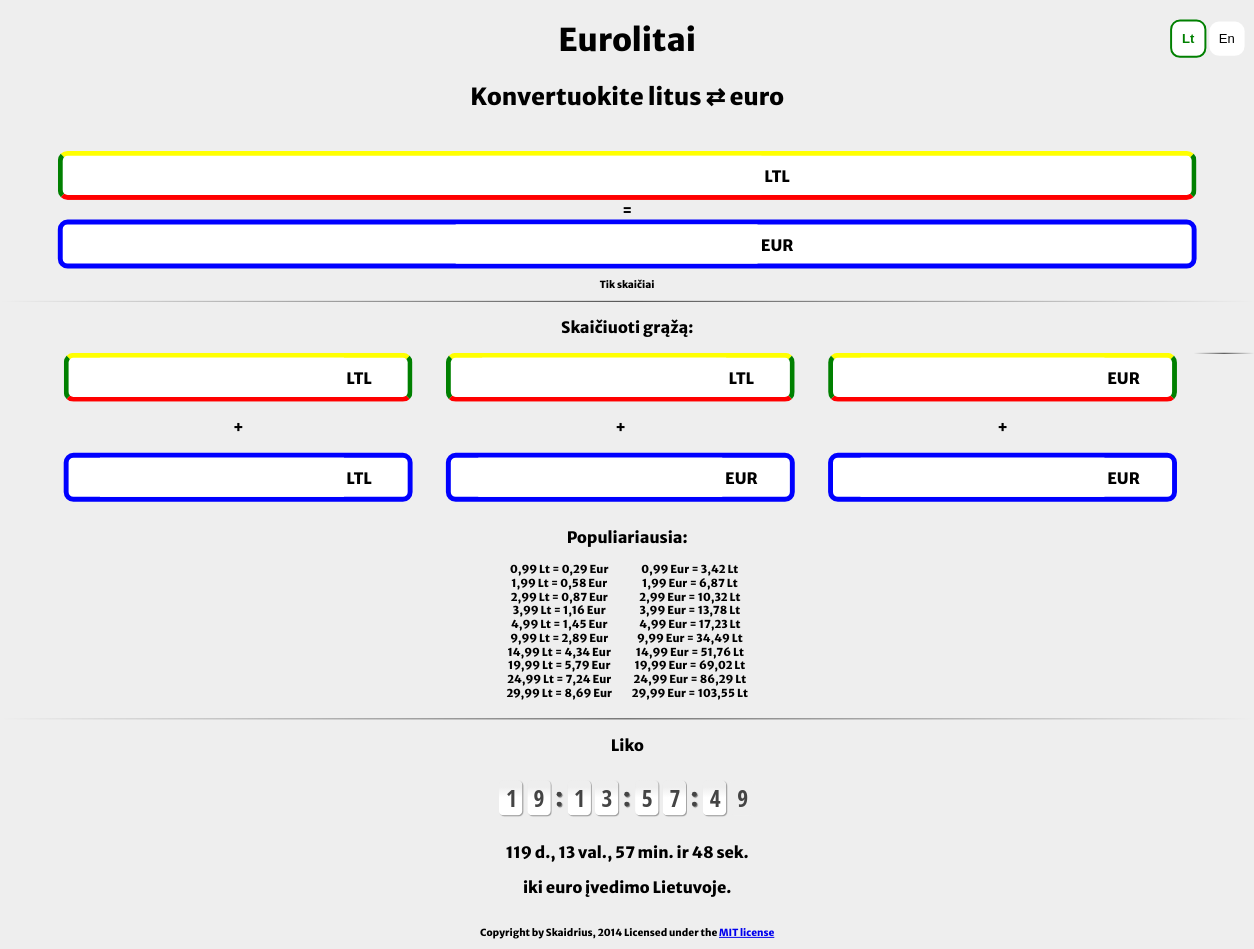
Repository: Skaidrius/eurolitai
Page: index.html
The author's editor kept a record of every edit. The page is drawn from the files as they stood at one moment, then again after the next edit.
The browser window is 1280 px wide. The pictures show the whole page, at 98% of full size.
Some web libraries are served in a nearby version.

Above is the page before.

### index.html
<!DOCTYPE html>
<html>
  <head>
    <meta charset="utf-8">
    <meta http-equiv="X-UA-Compatible" content="IE=edge,chrome=1">
    <title>Eurolitai</title>
    <meta name="title" content="Eurolitai">
    <meta name="description" content="litų į/iš euro konverteris convert LTL to/from EUR">
    <meta name="viewport" content="width=device-width" scallable="1">
    <link rel="stylesheet" type="text/css" href="style/style.css">

  </head>
  <body class="body">
    <!--calculate LTL <> Eur-->
    <div>
      <h1 class="center">Eurolitai</h1>
        <div class = "languages ">
          <button id="lithuanian" class="button round">Lt</button>
          <button id="english" class="button round">En</button>
        </div>
      <h2 class="center"><span class="lithuanian">Konvertuokite litus &#8644; euro<br> </span><span class="english">Easy convert LTL &#8644; EUR</span></h2><br>
    </div>
    <form class="form center">
      <!--LT box-->
      <div class="box lt round">
        <input class="input center" type="number" id="lt" name="lt">
        <label class="money" for="lt">LTL</label>
      </div>

      <div>&#61;<div>
      <!--En box-->
      <div class="box eur round">
        <input class="input center" type="number" id="eur" name="eur">
        <label class="money" for="eur">EUR</label>
      </div>

      <div id="error" class="alert">
        <p><span class="lithuanian">Tik skaičiai </span><span class="english"> Only numbers</span></p>
      </div>
    </form>
    <hr>
    <!--calculate change-->
    <div class="change">
      <div>
        <p><span class="lithuanian">Skaičiuoti grąžą: </span><span class="english"> Calculate change:</span></p>
        <div id="changeCalculator">
          <div class="third">
            <div class="box lt round">
              <input class="input center" type="number" id="changeLtLt1" name="lt">
              <label class="money" for="lt">LTL</label>
            </div>
            <p>+</p>
            <div class="box eur round">
              <input class="input center" type="number" id="changeLtLt2" name="lt">
              <label class="money" for="lt">LTL</label>
            </div>
          </div>
          <div class="third">
            <div class="box lt round">
              <input class="input center" type="number" id="changeLt" name="lt">
              <label class="money" for="lt">LTL</label>
            </div>
            <p>+</p>
            <div class="box eur round">
              <input class="input center" type="number" id="changeEur" name="eur">
              <label class="money" for="eur">EUR</label>
            </div>
          </div>
          <div class="third">
            <div class="box lt round">
              <input class="input center" type="number" id="changeEurEur1" name="eur">
              <label class="money" for="eur">EUR</label>
            </div>
            <p>+</p>
            <div class="box eur round">
              <input class="input center" type="number" id="changeEurEur2" name="eur">
              <label class="money" for="eur">EUR</label>
            </div>
          </div>
        </div>
      </div>

      <!--explain change-->
      <div id="explain">
      </div>
    </div>
    <hr>

    <div class="popular">
      <p><span class="lithuanian">Populiariausia: </span><span class="english"> Popular picks:</span></p>
      <ul class = "lteur"></ul>
      <ul class = "eurlt"></ul>
    </div>
    <hr>

    <!--countdown 'till 2015-01-01-->
    <div class = "center">
      <p><span class="english center">Until Euro in Lithuania </span>
      <span class="lithuanian center">Liko </span></p>
    </div>
		<div id="countdown"></div>

		<p id="note"></p>

      <div class="left">
        <span class="lithuanian center">iki euro įvedimo Lietuvoje.</span>
        <span class="english center">left.</span>
      </div>
    <script type="text/javascript" src="https://code.jquery.com/jquery-1.11.1.min.js"></script>
    <script type="text/javascript" src="script/main.js"></script>
    <script type="text/javascript" src="script/script.js"></script>
    <script type="text/javascript" src="script/countdown.js"></script>
  </body>
  <footer class="down center">Copyright by Skaidrius, 2014 Licensed under the <a href="http://opensource.org/licenses/MIT">MIT license</a></footer>
</html>

### style/style.css
@import url(http://fonts.googleapis.com/css?family=Merriweather+Sans:400,800&subset=latin,latin-ext);

/*body*/
.body {
  width:100%;
  margin: 0 auto;
  font: bold 16px 'Merriweather Sans', sans-serif;
  background: #eee;
  overflow-x: none;
}

#countDownBlock {
  padding: 10px;
}

.button {   padding: 10px;
  background: white;
  border: 3px #000;
}

.center {
  text-align: center;
  clear: both;
}

.box {
  text-align: center;
  background: white;
  margin: 0 auto;
  position: relative;
  max-width: 90%;
}

.input {
  display: inline-block;
  max-width: 65%;
  padding: 8px 12px;
  margin: 0;
  font-size: 1.3em;
  font-weight: bold;
  border: 0;
  position: relative;
  outline: 0;
  color: #53f;
}

.round {   border-radius: 10px; }

.active {
  border: 2px solid green;
  background: white;
  color: green;
  font-weight: bold;
}

.lt {
  border-top: 5px solid yellow;
  border-left: 5px solid green;
  border-right: 5px solid green;
  border-bottom: 5px solid red;
}

.eur {
  border: 5px solid blue;
  margin-bottom: 10px;
}

.money {
  padding-right: 5px;
}

.input::-webkit-outer-spin-button,
.input::-webkit-inner-spin-button {
    /* display: none; <- Crashes Chrome on hover */
    -webkit-appearance: none;
    margin: 0; /* <-- Apparently some margin are still there even though it's hidden */
}

.error {
  display: inline-block;
  font-size: 1em;
  font-weight: bold;
  padding: 10px;
  margin: 0 auto;
  margin-bottom: 1em;
  color: white;
  background-color: red;
}

.visible {  visibility: visible; }

.hidden { display: none; }

.languages {
  position: absolute;
  right: 10px;
  top: 20px;
}

.alert {   font-size: 10px; }

#countdown {
  margin: 10px auto;
}

.countdownHolder{
  padding-top: 10px;
	margin:0 auto;
	font: 24px/1.5 'Open Sans Condensed',sans-serif;
	text-align:center;
	letter-spacing:-3px;
}

.position{
	display: inline-block;
	height: 1.6em;
	overflow: hidden;
	position: relative;
	width: 1.05em;
}

.digit{
	position:absolute;
	display:block;
	width:1em;
	background-color:#eee;
	border-radius:0.2em;
	text-align:center;
	color:#444;
	letter-spacing:-1px;
}

.digit.static{
	box-shadow:1px 1px 1px rgba(4, 4, 4, 0.35);

	background-image: linear-gradient(bottom, #3A3A3A 50%, #444444 50%);
	background-image: -o-linear-gradient(bottom, #3A3A3A 50%, #444444 50%);
	background-image: -moz-linear-gradient(bottom, #3A3A3A 50%, #444444 50%);
	background-image: -webkit-linear-gradient(bottom, #3A3A3A 50%, #444444 50%);
	background-image: -ms-linear-gradient(bottom, #3A3A3A 50%, #444444 50%);

	background-image: -webkit-gradient(
		linear,
		left bottom,
		left top,
		color-stop(0.8, #eee),
		color-stop(0.5, #fff)
	);
}

/**
 * You can use these classes to hide parts
 * of the countdown that you don't need.
 */

.countDiv{
	display:inline-block;
	width:16px;
	height:1.6em;
	position:relative;
}

.countDiv:before,
.countDiv:after{
	position:absolute;
	width:5px;
	height:5px;
	background-color:#444;
	border-radius:50%;
	left:50%;
	margin-left:-3px;
	top:0.5em;
	box-shadow:1px 1px 1px rgba(4, 4, 4, 0.5);
	content:'';
}

.countDiv:after{
	top:0.9em;
}

.popular {
  display: inline-block;
}

.popular ul {
  margin-top: 0;
  padding: 0 10px;
  float: left;
  font-size: 0.7em;
  font: sans-serif;
}
.popular ul li{
  list-style: none;
}

hr {
    /* http://css-tricks.com/examples/hrs/ */
    border: 0;
    height: 1px;
    background-image: -webkit-linear-gradient(left, rgba(0,0,0,0), rgba(0,0,0,0.75), rgba(0,0,0,0));
    background-image:    -moz-linear-gradient(left, rgba(0,0,0,0), rgba(0,0,0,0.75), rgba(0,0,0,0));
    background-image:     -ms-linear-gradient(left, rgba(0,0,0,0), rgba(0,0,0,0.75), rgba(0,0,0,0));
    background-image:      -o-linear-gradient(left, rgba(0,0,0,0), rgba(0,0,0,0.75), rgba(0,0,0,0));
}
#showChange {
  margin-bottom: 10px;
}


.down {
  font-size: 10px;
  padding: 30px 0 10px 0;
}

.third:first-child{
  padding-left: 4%;
}
.changeCalculator:after{
  content: '';
  display:table;
  clear: both;
}
.changeCalculator {
  width: 100%;
}
.third {
  width: 30%;
  padding: 0 3px;
  float: left;
}
.explain:before {
  clear: both;
}

### script/main.js
(function($) {

  var ltInp = $('#lt'),
      eurInp = $('#eur'),
      changeLtLt1Inp = $('#changeLtLt1'),
      changeLtLt2Inp = $('#changeLtLt2'),
      changeLtInp = $('#changeLt'),
      changeEurInp = $('#changeEur'),
      changeEurEur1Inp = $('#changeEurEur1'),
      changeEurEur2Inp = $('#changeEurEur2'),
      lithuanianInp = $("#lithuanian"),
      englishInp = $("#english"),
      error = $('#error');

  // initialisation
  $(".english").addClass("hidden");
  lithuanianInp.addClass("active");

  //change language
  lithuanianInp.click(function(){
    $(this).addClass("active");
    englishInp.removeClass("active");
    $(".english").hide();
    $(".lithuanian").show();
  });
  englishInp.click(function(){
    $(this).addClass("active");
    lithuanianInp.removeClass("active");
    $(".lithuanian").hide();
    $(".english").show();
  });

  var show = function(){
    $(this).removeClass("hidden").addClass("visible");
  };

  var hide = function(){
    $(this).removeClass("visible").addClass("hidden");
  };

  // convert currency functions
  var toEur = function(lt){
    var eur;
    eur = (lt / 3.4528).toFixed(2);
    return eur;
  };

  var toLt = function(eur){
    var lt;
    lt = (eur * 3.4528).toFixed(2);
    return lt;
  };

  //convert currencies
  ltInp.keyup(function () {
    var lt = $(this).val(),
        eur = toEur(lt);
    if ($.isNumeric(lt)) {
      hideError();
      eurInp.val(eur).toString().replace(".", ",");
      showNumbers();
    } else {
      showError();
    }
  });

  eurInp.keyup(function () {
    var eur = $(this).val(),
        lt = toLt(eur);
    if ($.isNumeric(eur)) {
      hideError();
      ltInp.val(lt).toString().replace(".", ",");
      showNumbers();
    } else {
      showError();
    }
  });

  var hideError = function(){
    error.addClass("hidden");
    clear();
  };
  var showError = function() {
    error.removeClass("hidden").addClass("error");
  };

  //clearing functions
  var clear = function(){
    changeLtLt1Inp.val('');
    changeLtLt2Inp.val('');
    changeLtInp.val('');
    changeEurInp.val('');
    changeEurEur1Inp.val('');
    changeEurEur2Inp.val('');
  };
  var clear1 = function(){
    changeLtInp.val('');
    changeEurInp.val('');
    changeEurEur1Inp.val('');
    changeEurEur2Inp.val('');
  };
  var clear2 = function(){
    changeLtLt1Inp.val('');
    changeLtLt2Inp.val('');
    changeEurEur1Inp.val('');
    changeEurEur2Inp.val('');
  };
  var clear3 = function(){
    changeLtLt1Inp.val('');
    changeLtLt2Inp.val('');
    changeLtInp.val('');
    changeEurInp.val('');
  };

  // currency change calculator
  // first conversion LTL(EUR)=LTL+LTL
  changeLtLt1Inp.keyup(function () {
    clear1();
    var change,
        lt = $(this).val();
    change =  (ltInp.val() - lt).toFixed(2);
    changeLtLt2Inp.val(change).toString().replace(".", ",");
    showNumbers();
  });

  changeLtLt2Inp.keyup(function () {
    clear1();
    var change,
        lt = $(this).val();
    change = (ltInp.val() - lt).toFixed(2);
    changeLtLt1Inp.val(change).toString().replace(".", ",");
    showNumbers();
  });

  // second conversion LTL(EUR)=LTL+EUR
  changeLtInp.keyup(function () {
    clear2();
    var change,
        lt = $(this).val();
    change =  toEur(ltInp.val() - lt);
    changeEurInp.val(change).toString().replace(".", ",");
    showNumbers();
  });

  changeEurInp.keyup(function () {
    clear2();
    var change,
        eur = $(this).val();
    change = toLt(eurInp.val() - eur);
    changeLtInp.val(change).toString().replace(".", ",");
    showNumbers();
  });

  // third conversion LTL(EUR)=EUR+EUR
  changeEurEur1Inp.keyup(function () {
    clear3();
    var change,
        eur = $(this).val();
    change = (eurInp.val() - eur).toFixed(2);
    changeEurEur2Inp.val(change).toString().replace(".", ",");
    showNumbers();
  });

  changeEurEur2Inp.keyup(function () {
    clear3();
    var change,
        eur = $(this).val();
    change = (eurInp.val() - eur).toFixed(2);
    changeEurEur1Inp.val(change).toString().replace(".", ",");
    showNumbers();
  });

  // show calculation
  var showNumbers = function(){
    var explain = $('#explain'),
        lts = ltInp.val().toString().replace(".", ","),
        eurs = eurInp.val().toString().replace(".", ","),
        changeLtLt1 = changeLtLt1Inp.val().toString().replace(".", ","),
        changeLtLt2 = changeLtLt2Inp.val().toString().replace(".", ","),
        changeEurs = changeEurInp.val().toString().replace(".", ","),
        changeLts = changeLtInp.val().toString().replace(".", ","),
        changeEurEur1 = changeEurEur1Inp.val().toString().replace(".", ","),
        changeEurEur2 = changeEurEur2Inp.val().toString().replace(".", ","),
        calculationText;
    if (changeLtLt1 !=="" && changeLtLt2 !=="") {
      calculationText = "<p>" + lts +" Lt (" + eurs + " Eur) = " + changeLtLt1 +" Lt + " + changeLtLt2 + " Lt" + "</p>";
    } else if (changeEurs !=="" && changeLts !=="") {
      calculationText = "<p>" + lts +" Lt (" + eurs + " Eur) = " + changeLts +" Lt + " + changeEurs + " Eur" + "</p>";
    } else if (changeEurEur1 !=="" && changeEurEur2!=="" ) {
      calculationText = "<p>" + lts +" Lt (" + eurs + " Eur) = " + changeEurEur1 +" Eur + " + changeEurEur2 + " Eur" + "</p>";
    } else {
      calculationText = "<p>" + lts +" Lt (" + eurs + " Eur) " + "</p>";
    }
    explain.html(calculationText);
  };

  var a = [0.99, 1.99, 2.99, 3.99, 4.99, 9.99, 14.99, 19.99, 24.99, 29.99],
    lteur = $('.lteur'),
    eurlt = $('.eurlt');

  for (var i = 0, b = a.length; i < b; i++ ) {
    lteur.append("<li>"+a[i].toString().replace(".", ",") +" Lt = "+(a[i]/ 3.4528).toFixed(2).toString().replace(".", ",") +" Eur"+"</li>");
    eurlt.append("<li>"+a[i].toString().replace(".", ",") +" Eur = "+(a[i]* 3.4528).toFixed(2).toString().replace(".", ",") +" Lt"+"</li>");
  }

}) (jQuery);

### script/script.js
/**
 * @name		jQuery Countdown Plugin
 * @author		Martin Angelov
 * @version 	1.0
 * @url			http://tutorialzine.com/2011/12/countdown-jquery/
 * @license		MIT License
 */

$(function(){

	var note = $('#note'),
		ts = new Date(2015, 0, 1);


	if((new Date()) > ts){
		// Notice the *1000 at the end - time must be in milliseconds
		ts = (new Date()).getTime();
	}

	$('#countdown').countdown({
		timestamp	: ts,
		callback	: function(days, hours, minutes, seconds){

			var message = "";
				if ($('#english').hasClass("active")){
				message += days + " day" + ( days==1 ? '':'s' );
				message += hours + " hour" + ( hours==1 ? '':'s' );
				message += minutes + " minute" + ( minutes==1 ? '':'s' ) + " and ";
				message += seconds + " second" + ( seconds==1 ? '':'s' ) ;
				} else {
				message += days + " d." + ", ";
				message += hours + " val." + ", ";
				message += minutes + " min." + " ir ";
				message += seconds + " sek.";
				}

			note.html(message);
		}
	});

});

### script/countdown.js
/**
 * @name		jQuery Countdown Plugin
 * @author		Martin Angelov
 * @version 	1.0
 * @url			http://tutorialzine.com/2011/12/countdown-jquery/
 * @license		MIT License
 */

(function($){
	// Number of seconds in every time division
	var days	= 24*60*60,
		hours	= 60*60,
		minutes	= 60;

	// Creating the plugin
	$.fn.countdown = function(prop){
		var options = $.extend({
			callback	: function(){},
			timestamp	: 0
		},prop);

		var left, d, h, m, s, positions;

		// Initialize the plugin
		init(this, options);

		positions = this.find('.position');

		(function tick(){

			// Time left
			left = Math.floor((options.timestamp - (new Date())) / 1000);

			if(left < 0){
				left = 0;
			}

			// Number of days left
			d = Math.floor(left / days);

			updateDuoDays(0, 1, d);
			left -= d*days;

			// Number of hours left
			h = Math.floor(left / hours);
			updateDuo(2, 3, h);
			left -= h*hours;

			// Number of minutes left
			m = Math.floor(left / minutes);
			updateDuo(4, 5, m);
			left -= m*minutes;

			// Number of seconds left
			s = left;
			updateDuo(6, 7, s);

			// Calling an optional user supplied callback
			options.callback(d, h, m, s);

			// Scheduling another call of this function in 1s
			setTimeout(tick, 1000);
		})();

		// This function updates two digit positions at once
		function updateDuo(minor,major,value){
			switchDigit(positions.eq(minor),Math.floor(value/10)%10);
			switchDigit(positions.eq(major),value%10);
		}
		function updateDuoDays(minor, major,value){
			switchDigit(positions.eq(minor),Math.floor(value/10)%10);
			switchDigit(positions.eq(major),value%10);
		}


		return this;
	};


	function init(elem, options){
		elem.addClass('countdownHolder');

		// Creating the markup inside the container
		$.each(['Hours','Days','Minutes','Seconds'],function(i){
			$('<span class="count'+this+'">').html(
				'<span class="position">\
					<span class="digit static">0</span>\
				</span>\
				<span class="position">\
					<span class="digit static">0</span>\
				</span>'
			).appendTo(elem);

			if(this!="Seconds"){
				elem.append('<span class="countDiv countDiv'+i+'"></span>');
			}
		});

	}

	// Creates an animated transition between the two numbers
	function switchDigit(position,number){

		var digit = position.find('.digit')

		if(digit.is(':animated')){
			return false;
		}

		if(position.data('digit') == number){
			// We are already showing this number
			return false;
		}

		position.data('digit', number);

		var replacement = $('<span>',{
			'class':'digit',
			css:{
				top:'-2.1em',
				opacity:0
			},
			html:number
		});

		// The .static class is added when the animation
		// completes. This makes it run smoother.

		digit
			.before(replacement)
			.removeClass('static')
			.animate({top:'2.5em',opacity:0},'fast',function(){
				digit.remove();
			})

		replacement
			.delay(100)
			.animate({top:0,opacity:1},'fast',function(){
				replacement.addClass('static');
			});
	}
})(jQuery);

After the next edit:
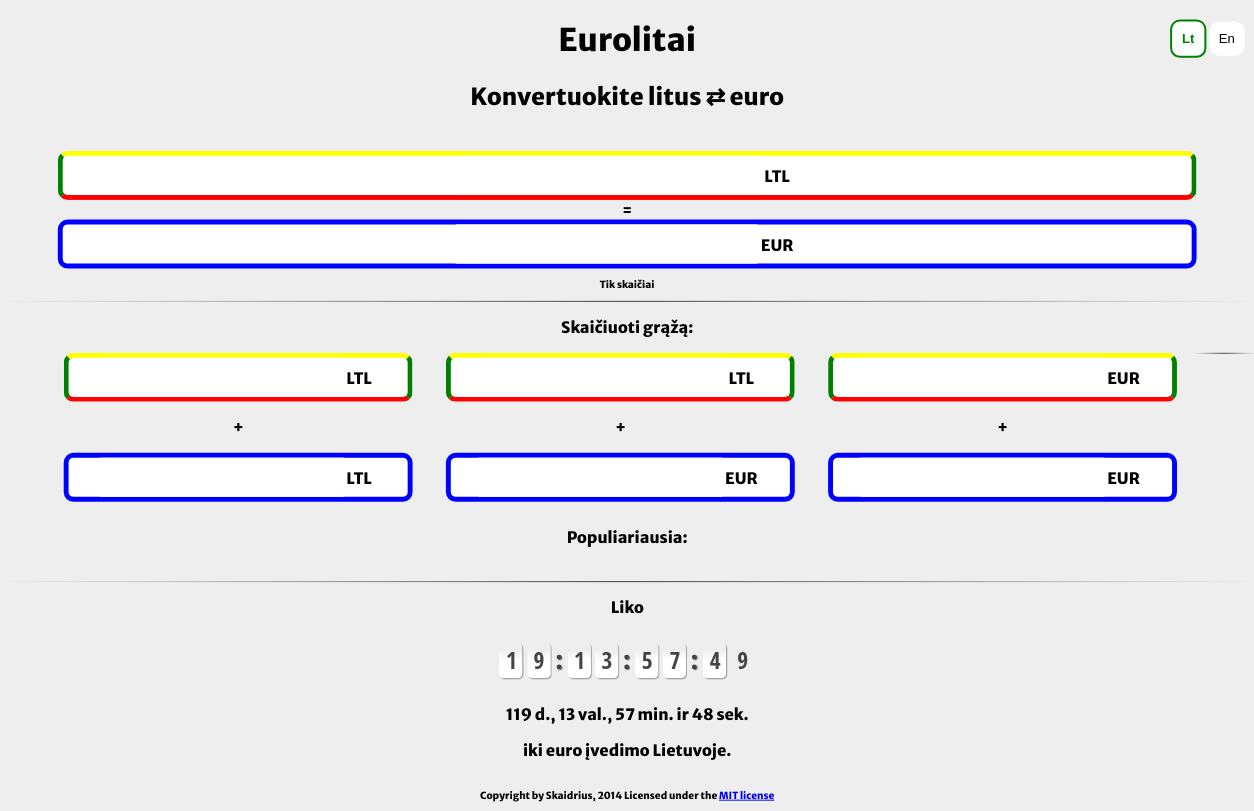
The edit:
--- a/script/main.js
+++ b/script/main.js
@@ -194,13 +194,4 @@
     explain.html(calculationText);
   };
 
-  var a = [0.99, 1.99, 2.99, 3.99, 4.99, 9.99, 14.99, 19.99, 24.99, 29.99],
-    lteur = $('.lteur'),
-    eurlt = $('.eurlt');
-
-  for (var i = 0, b = a.length; i < b; i++ ) {
-    lteur.append("<li>"+a[i].toString().replace(".", ",") +" Lt = "+(a[i]/ 3.4528).toFixed(2).toString().replace(".", ",") +" Eur"+"</li>");
-    eurlt.append("<li>"+a[i].toString().replace(".", ",") +" Eur = "+(a[i]* 3.4528).toFixed(2).toString().replace(".", ",") +" Lt"+"</li>");
-  }
-
 }) (jQuery);
